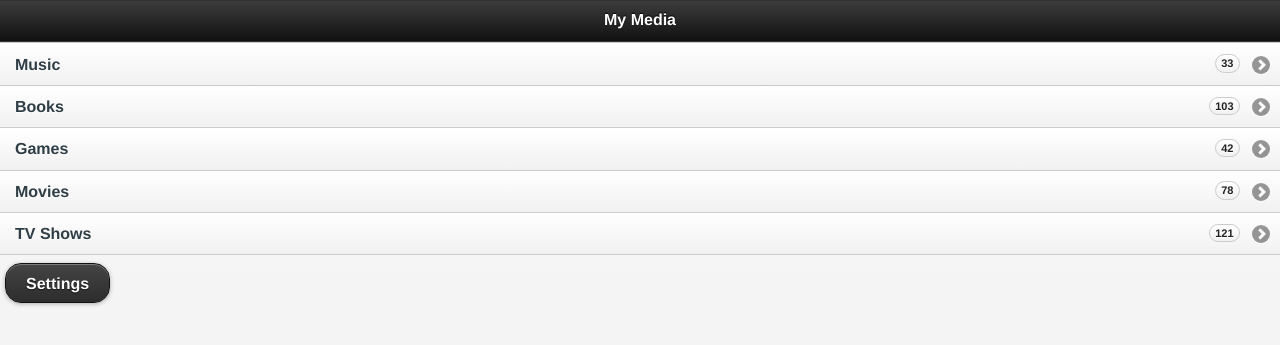
Repository: shavo0915/MediaCollectionApp
Page: MediaCollectionApp/assets/www/index.html
The author's editor kept a copy of each file at every save. The page is drawn from the files as they stood at one save, then again after the next save.
The browser window is 1280 px wide. The pictures show the whole page.

Above is the page before, as saved 2013-01-30 21:01:53.

After the next save:
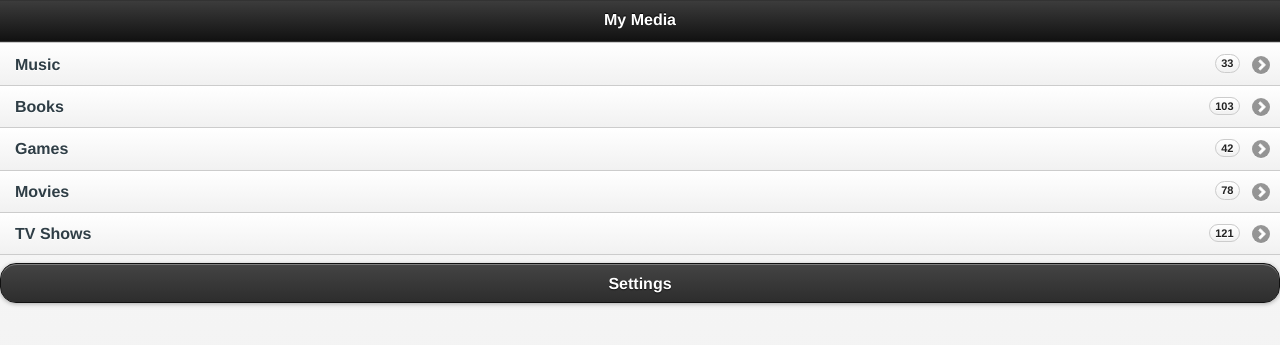
Saved 8 s later.
--- a/MediaCollectionApp/assets/www/index.html
+++ b/MediaCollectionApp/assets/www/index.html
@@ -46,7 +46,7 @@
 				</a>
 			</li>
 
-			<a href="" data-role="button" data-theme="a" data-inline="true" class="center-wrapper">Settings</a>
+			<a href="" data-role="button" data-theme="a" class="center-wrapper">Settings</a>
 
 		</ul>
 
